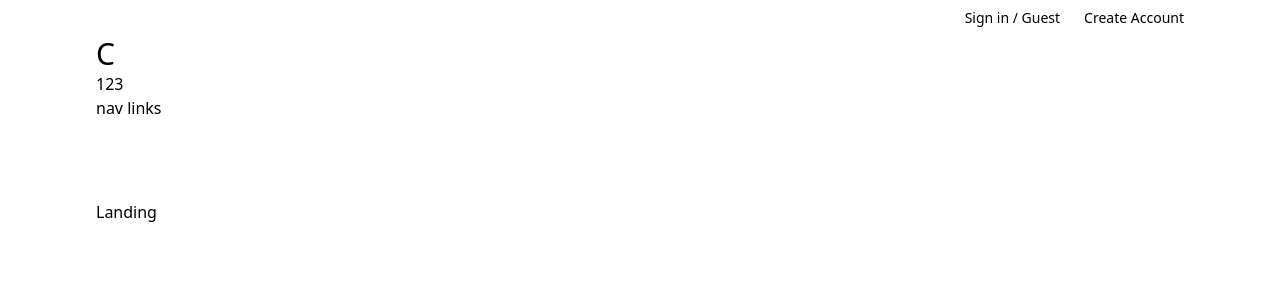
Repository: dydals3440/cool-store
Page: /
The author's editor kept a copy of each file at every save. The page is drawn from the files as they stood at one save, then again after the next save.
The browser window is 1280 px wide. The pictures show the whole page.
The project was rebuilt for these pictures with package versions that can differ from the ones it lists, and the page was loaded fresh each time. Also part of the build but not shown: vite.config.js, src/pages/About.jsx, src/pages/Cart.jsx, src/pages/Checkout.jsx, src/pages/Error.jsx, src/components/FormInput.jsx, src/components/SubmitBtn.jsx, src/pages/Login.jsx and 3 more. Imported but missing from the stored project, and not drawn on this page: src/pages/Orders.

Above is the page before, as saved 2023-09-17 22:30:50.

After the next save:
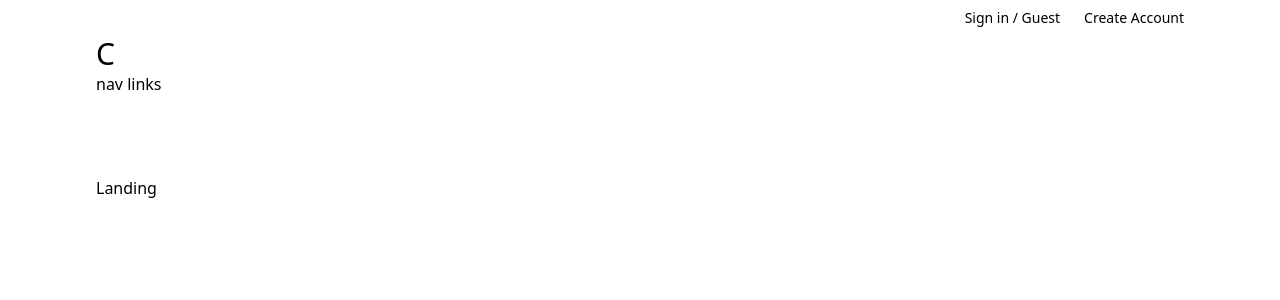
Saved 10 s later.
--- a/src/components/Navbar.jsx
+++ b/src/components/Navbar.jsx
@@ -16,7 +16,7 @@ const Navbar = () => {
           </NavLink>
           {/* DROPDOWN */}
           <div className='dropdown'>
-            <label tabIndex={0} className='btn btn-ghost'>
+            <label tabIndex={0} className='btn btn-ghost lg:hidden'>
               123
             </label>
           </div>
